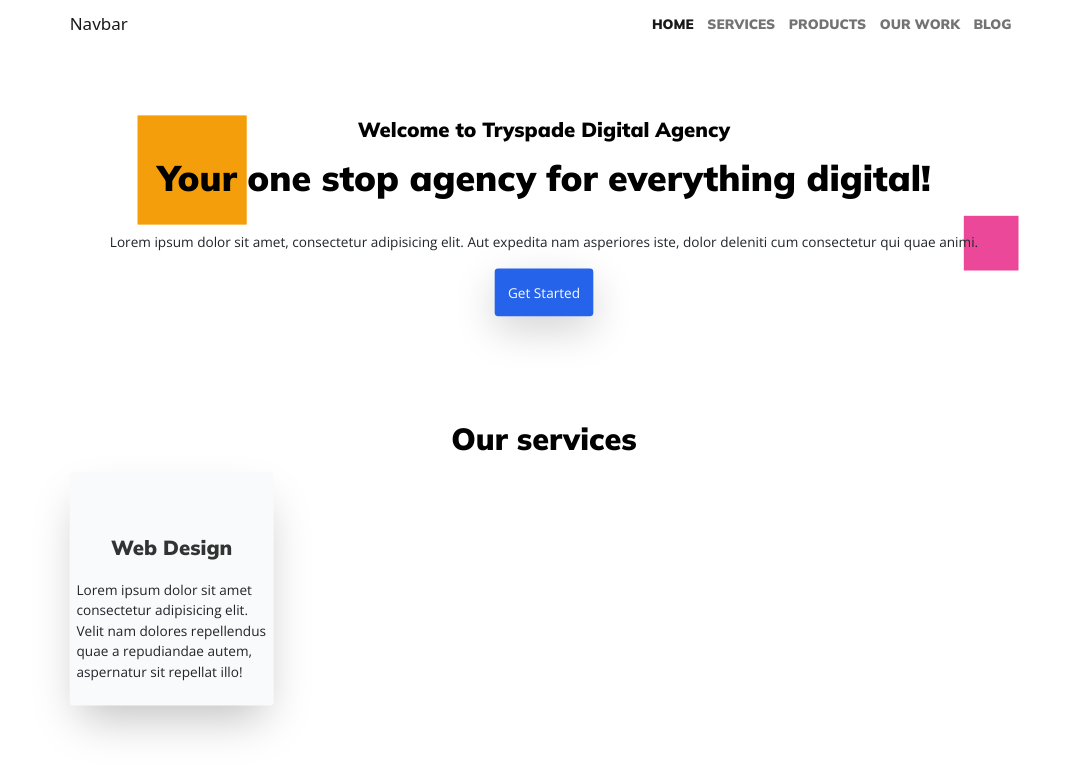
Repository: latenightsnacc/super-octo-fortnight
Page: index.html
An editor plug-in stored every save of this project. The page is shown before and after the next save, followed by the edit.
The browser window is 1280 px wide. The pictures show the whole page, at 85% of full size.
Some web libraries are served in a nearby version. The style sheet was rebuilt from its Sass, Less or Tailwind sources for each picture, by a compiler version that may differ from the author's.

Above is the page before, as saved 2021-01-29 13:23:29.

After the next save:
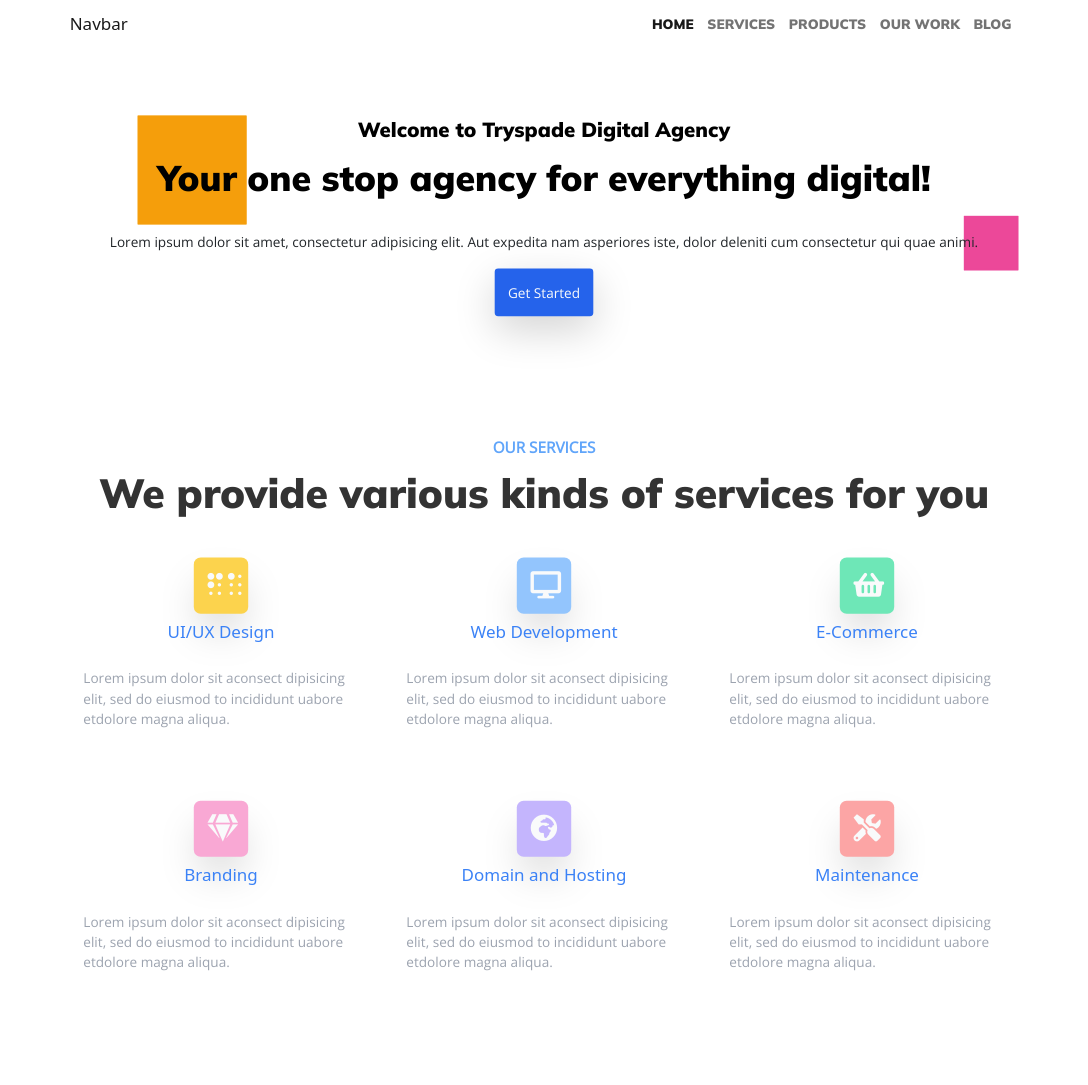
Saved 3 min 50 s later.
--- a/index.html
+++ b/index.html
@@ -75,16 +75,94 @@
         <!--SERVICES-->
         <section id="services" class="my-20">
             <div class="container">
-                <h2 class="text-center text-4xl text-black">Our services</h2>
-                <div class="row">
-                    <div class="col-xs-12 col-sm-12 col-md-4 col-lg-3 col-xl-3">
-                        <div class="w-60 h-auto bg-gray-50 shadow-2xl rounded p-2">
-                            <a href="#">
-                                <i class="fa fa-web"></i>
-                            </a>
-                            <h3 class="text-center">Web Design</h3>
-                            <p>Lorem ipsum dolor sit amet consectetur adipisicing elit. Velit nam dolores repellendus quae a repudiandae autem, aspernatur sit repellat illo!</p>
-                        </div>
+                <div class="section-title text-center py-3">
+                    <p class="text-blue-400 text-sm uppercase text-lg font-semibold uppercase mb-3">our services</p>
+                    <h2 class=" my-1 font-bold text-4xl md:text-5xl">We provide various kinds of services for you</h2>
+                </div>
+                <div class="row flex justify-center" uk-scrollspy="cls: uk-animation-fade; target: .icon; delay: 500; repeat: true">
+                    <div class="col-xs-12 col-sm-12 col-md-4 col-lg-4 col-xl-4">
+                        <a class="no-underline hover:no-underline" href="ui-ux.html">
+                            <div class="group max-w-sm mx-auto  rounded-xl p-3 m-3  hover:shadow-2xl" >
+                                <div class="text-center text-gray-50 flex justify-center">
+                                    <div class="shadow-2xl  rounded-lg  w-16 icon p-3 bg-yellow-300 group-hover:shadow-none" uk-scrollspy="cls: uk-animation-fade; repeat: true">
+                                        <i class="fas fa-braille fa-2x"></i>
+                                    </div>
+                                </div>
+                                <div class="text-center text-xl bold  py-2 text-blue-500 ">UI/UX Design</div>
+
+                                <p class="text-md text-gray-400 ">Lorem ipsum dolor sit aconsect dipisicing elit, sed do eiusmod to incididunt uabore etdolore magna aliqua.</p>
+                            </div>
+                        </a>
+                    </div>
+                    <div class="col-xs-12 col-sm-12 col-md-4 col-lg-4 col-xl-4">
+                        <a class="no-underline hover:no-underline" href="web-development.html">
+                            <div class="group max-w-sm mx-auto  rounded-xl p-3 m-3  hover:shadow-2xl">
+                                <div class="text-center text-gray-50 flex justify-center">
+                                    <div class="shadow-2xl rounded-lg  w-16 icon p-3 bg-blue-300 group-hover:shadow-none">
+                                        <i class="fas fa-desktop fa-2x"></i>
+                                    </div>
+                                </div>
+                                <div class="text-center text-xl bold  py-2 text-blue-500 ">Web Development</div>
+
+                                <p class="text-md text-gray-400 ">Lorem ipsum dolor sit aconsect dipisicing elit, sed do eiusmod to incididunt uabore etdolore magna aliqua.</p>
+                            </div>
+                        </a>
+                    </div>
+                    <div class="col-xs-12 col-sm-12 col-md-4 col-lg-4 col-xl-4">
+                        <a class="no-underline hover:no-underline" href="e-commerce.html">
+                            <div class="group max-w-sm mx-auto  rounded-xl p-3 m-3  hover:shadow-2xl">
+                                <div class="text-center text-gray-50 flex justify-center">
+                                    <div class="shadow-2xl rounded-lg  w-16 icon p-3 bg-green-300 group-hover:shadow-none">
+                                        <i class="fas fa-shopping-basket fa-2x"></i>
+                                    </div>
+                                </div>
+                                <div class="text-center text-xl bold  py-2 text-blue-500 ">E-Commerce</div>
+
+                                <p class="text-md text-gray-400 ">Lorem ipsum dolor sit aconsect dipisicing elit, sed do eiusmod to incididunt uabore etdolore magna aliqua.</p>
+                            </div>
+                        </a>
+                    </div>
+                    <div class="col-xs-12 col-sm-12 col-md-4 col-lg-4 col-xl-4">
+                        <a class="no-underline hover:no-underline" href="branding.html">
+                            <div class="group max-w-sm mx-auto  rounded-xl p-3 m-3  hover:shadow-2xl">
+                                <div class="text-center text-gray-50 flex justify-center">
+                                    <div class="shadow-2xl rounded-lg  w-16 icon p-3 bg-pink-300 group-hover:shadow-none">
+                                        <i class="fas fa-gem fa-2x"></i>
+                                    </div>
+                                </div>
+                                <div class="text-center text-xl bold  py-2 text-blue-500 ">Branding</div>
+
+                                <p class="text-md text-gray-400 ">Lorem ipsum dolor sit aconsect dipisicing elit, sed do eiusmod to incididunt uabore etdolore magna aliqua.</p>
+                            </div>
+                        </a>
+                    </div>
+                    <div class="col-xs-12 col-sm-12 col-md-4 col-lg-4 col-xl-4">
+                        <a class="no-underline hover:no-underline" href="domain-hosting.html">
+                            <div class="group max-w-sm mx-auto  rounded-xl p-3 m-3  hover:shadow-2xl">
+                                <div class="text-center text-gray-50 flex justify-center">
+                                    <div class="shadow-2xl rounded-lg  w-16 icon p-3 bg-purple-300 group-hover:shadow-none">
+                                        <i class="fas fa-globe-africa fa-2x"></i>
+                                    </div>
+                                </div>
+                                <div class="text-center text-xl bold  py-2 text-blue-500 ">Domain and Hosting</div>
+
+                                <p class="text-md text-gray-400 ">Lorem ipsum dolor sit aconsect dipisicing elit, sed do eiusmod to incididunt uabore etdolore magna aliqua.</p>
+                            </div>
+                        </a>
+                    </div>
+                    <div class="col-xs-12 col-sm-12 col-md-4 col-lg-4 col-xl-4">
+                        <a class="no-underline hover:no-underline" href="maintenance.html">
+                            <div class="group max-w-sm mx-auto  rounded-xl p-3 m-3  hover:shadow-2xl">
+                                <div class="text-center text-gray-50 flex justify-center">
+                                    <div class="shadow-2xl rounded-lg  w-16 icon p-3 bg-red-300 group-hover:shadow-none">
+                                        <i class="fas fa-tools fa-2x"></i>
+                                    </div>
+                                </div>
+                                <div class="text-center text-xl bold  py-2 text-blue-500 ">Maintenance</div>
+
+                                <p class="text-md text-gray-400 ">Lorem ipsum dolor sit aconsect dipisicing elit, sed do eiusmod to incididunt uabore etdolore magna aliqua.</p>
+                            </div>
+                        </a>
                     </div>
                 </div>
             </div>
